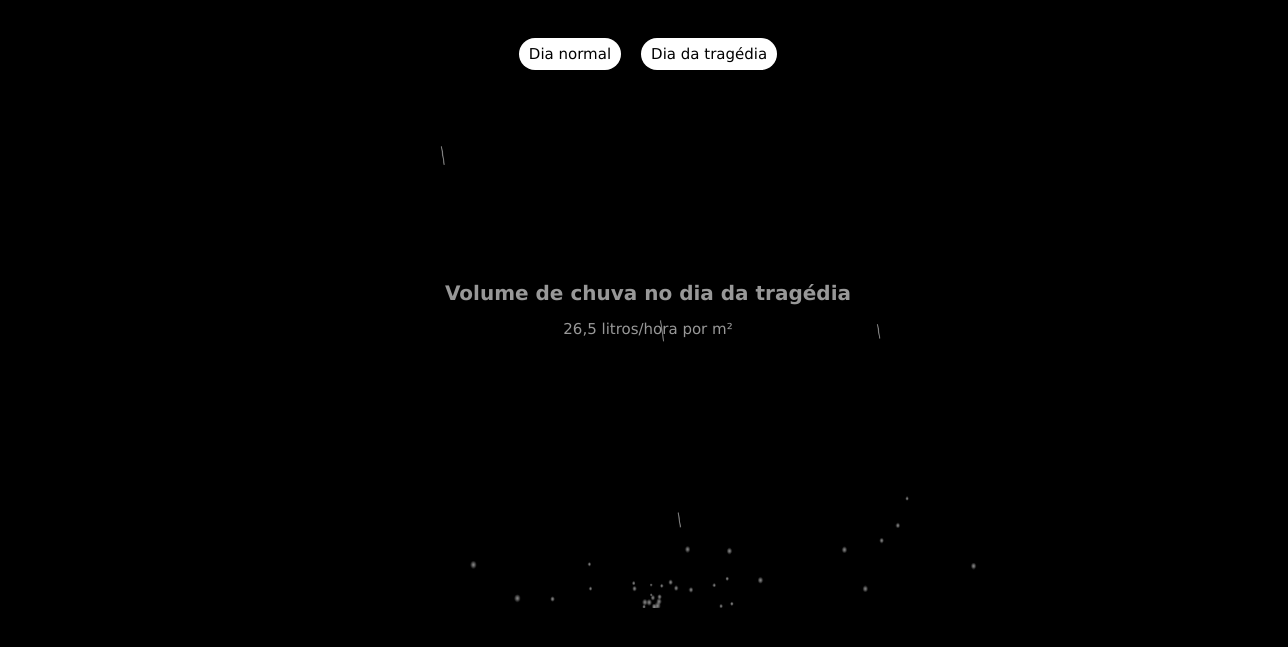
Repository: lucasthaynan/chuvas-estadao
Page: index.html
An editor plug-in stored every save of this project. The page is shown before and after the next save, followed by the edit.
The browser window is 1280 px wide. The page is 1288 px wide, so the pictures cover 1288 px, including what lies to the right of the window. The pictures show the whole page.

Above is the page before, as saved 2023-02-24 11:53:10.
Console error: ReferenceError: dat is not defined

### index.html
<!DOCTYPE html>
<html lang="en">
<head>
    <meta charset="UTF-8">
    <meta http-equiv="X-UA-Compatible" content="IE=edge">
    <meta name="viewport" content="width=device-width, initial-scale=1.0">
    <link rel="stylesheet" href="./style.css">

    <title>Document</title>
</head>
<body>


    <div>
        <!-- <h1>Texto teste</h1> -->
        <div class="btns">
            <div class="btn-nornal" onclick="clickNormal()">
                <p>Dia normal</p>
            </div>
            <div class="btn-tragedia" onclick="clickTragedia()">
                <p>Dia da tragédia</p>
            </div>
        </div>
    </div>
    <div id="instructions"></div>

        <canvas id="canvas">Canvas is not supported in your browser

        </canvas>

    <div class="text">
        <p class="destaque">Volume de chuva no dia da tragédia</p>
        <p class="volume">26,5 litros/hora por m²</p>
    </div>


    <script src="./main.js"></script>
</body>
</html>

### style.css
/* html {
	position: absolute;
	width: 100%;
	height: 100%;
} */

body {
    background: -moz-linear-gradient(top,  rgb(0, 0, 0) 0%, rgb(0, 0, 0) 100%); /* FF3.6-15 */
    background: linear-gradient(to bottom,  rgb(0, 0, 0) 0%,rgba(0, 0, 0, 0.93) 100%);
    background: -webkit-linear-gradient(top,  rgb(0, 0, 0) 0%,rgb(0, 0, 0) 100%); /* Chrome10-25,Safari5.1-6 */
    /* background: linear-gradient(to bottom,  rgba(8,13,40,1) 0%,rgba(38,19,0,1) 100%); W3C, IE10+, FF16+, Chrome26+, Opera12+, Safari7+ */

    display: flex;
    flex-direction: column;

    width: 710px;
    height: 500px;

    position: relative;
    width: 100%;

}

canvas {
    width: 710px;
    height: 500px;

    left: 50%;

    position: absolute;
    transform: translateX(-50%);

    margin-top: 100px;

}

#instructions {
	opacity: 1;
	transition: opacity 2s;
	background-repeat: no-repeat;
	background-position: center center;
	background-size: contain;
	/* background-image: url(data:[embedded picture, 1818 characters]);
	 */

    width: 710px;
    height: 500px;

    left: 50%;

    position: absolute;
    transform: translateX(-50%);

    margin-top: 200px;

	@media (max-height: 400px) {
		display: none;
	}


}


.text {
    display: flex;
    justify-content: center;
    width: 100vw;
    height: 100%;
    /* align-content: center; */
    align-items: center;
    flex-direction: column;
    flex-wrap: nowrap;
    gap: 15px;
}

p {
    margin: 0;
    font-weight: 800;
    color: #989898;
    font-size: 20px;
    font-family:'Lucida Sans', 'Lucida Sans Regular', 'Lucida Grande', 'Lucida Sans Unicode', Geneva, Verdana, sans-serif;
}

p.volume {
    font-size: 15px;
    font-weight: 500;
}

div.btns {
    display: flex;
    flex-direction: row;
    align-items: center;
    justify-content: center;
    gap: 20px;
    padding-bottom: 40px;
    padding-top: 30px;
}

div.btns > div {
    background-color: #ffffff;
    padding: 7px 10px;
    border-radius: 999px;
}

div.btns > div p {
    font-size: 15px;
    font-weight: 400;
    color: #000000;
}

h1 {
    color: #ffffff;
    left: 50%;

    position: absolute;
    transform: translateX(-50%);
}

### main.js
// Falling rain simulation using 2D canvas
// - vanilla JS, no frameworks
// - framerate independent physics
// - slow-mo / fast-forward support via demo.speed
// - supports high-DPI screens
// - falling rain particles are drawn as vector lines
// - splash particles are lazily pre-rendered so gradients aren't computed each frame
// - all particles make use of object pooling to further boost performance

// initialize


document.addEventListener("DOMContentLoaded", function() {

	demo.init();
	window.addEventListener('resize', demo.resize);


});

// demo namespace
var demo = {
	// CUSTOMIZABLE PROPERTIES
	// - physics speed multiplier: allows slowing down or speeding up simulation
	speed: 1,
	// - color of particles
	color: {
		r: '255',
		g: '255',
		b: '255',
		a: '0.5'
	},

	// END CUSTOMIZATION
	// whether demo is running
	started: false,
	// canvas and associated context references
	canvas: null,
	ctx: null,
	// viewport dimensions (DIPs)
	width: 0,
	height: 0,
	// devicePixelRatio alias (should only be used for rendering, physics shouldn't care)
	dpr: window.devicePixelRatio || 1,
	// time since last drop
	drop_time: 0,
	// ideal time between drops (changed with mouse/finger)
    drop_delay: 156,
	// drop_delay: 156,
	// wind applied to rain (changed with mouse/finger)
    wind: 5,
	// wind: 5,
	// color of rain (set in init)
	rain_color: null,
	rain_color_clear: null,
	// rain particles
	rain: [],
	rain_pool: [],
	// rain droplet (splash) particles
	drops: [],
	drop_pool: []
};

// demo initialization (should only run once)
demo.init = function() {

	if (!demo.started) {

		demo.started = true;
		demo.canvas = document.getElementById('canvas');
		demo.ctx = demo.canvas.getContext('2d');
		var c = demo.color;
		demo.rain_color = 'rgba(' + c.r + ',' + c.g + ',' + c.b + ',' + c.a + ')';
		demo.rain_color_clear = 'rgba(' + c.r + ',' + c.g + ',' + c.b + ',0)';
		demo.resize();
		Ticker.addListener(demo.step);

		//
		const gui = new dat.GUI();
		gui.add(demo, 'speed', 0.2, 2);

		// fade out instructions after a few seconds
		var instructions = document.getElementById('instructions');
		setTimeout(function() {
			instructions.style.opacity = 0;
			setTimeout(function(){
				instructions.parentNode.removeChild(instructions);
			}, 2000);
		}, 4000);
	}
}

// (re)size canvas (clears all particles)
demo.resize = function() {
	// localize common references
	var rain = demo.rain;
	var drops = demo.drops;
	// recycle particles
	for (var i = rain.length - 1; i >= 0; i--) {
			rain.pop().recycle();
	}
	for (var i = drops.length - 1; i >= 0; i--) {
			drops.pop().recycle();
	}
	// resize
	demo.width = window.innerWidth;
	demo.height = window.innerHeight;
	demo.canvas.width = demo.width * demo.dpr;
	demo.canvas.height = demo.height * demo.dpr;
}

demo.step = function(time, lag) {
	// localize common references
	var demo = window.demo;
	var speed = demo.speed;
	var width = demo.width;
	var height = demo.height;
	var wind = demo.wind;
	var rain = demo.rain;
	var rain_pool = demo.rain_pool;
	var drops = demo.drops;
	var drop_pool = demo.drop_pool;

	// multiplier for physics
	var multiplier = speed * lag;

	// spawn drops
	demo.drop_time += time * speed;
	while (demo.drop_time > demo.drop_delay) {
		demo.drop_time -= demo.drop_delay;
		var new_rain = rain_pool.pop() || new Rain();
		new_rain.init();
		var wind_expand = Math.abs(height / new_rain.speed * wind); // expand spawn width as wind increases
		var spawn_x = Math.random() * (width + wind_expand);
		if (wind > 0) spawn_x -= wind_expand;
		new_rain.x = spawn_x;
		rain.push(new_rain);
	}

	// rain physics
	for (var i = rain.length - 1; i >= 0; i--) {
		var r = rain[i];
		r.y += r.speed * r.z * multiplier;
		r.x += r.z * wind * multiplier;
		// remove rain when out of view
		if (r.y > height) {
			// if rain reached bottom of view, show a splash
			r.splash();
		}
		// recycle rain
		if (r.y > height + Rain.height * r.z || (wind < 0 && r.x < wind) || (wind > 0 && r.x > width + wind)) {
			r.recycle();
			rain.splice(i, 1);
		}
	}

	// splash drop physics
	var drop_max_speed = Drop.max_speed;
	for (var i = drops.length - 1; i >= 0; i--) {
		var d = drops[i];
		d.x += d.speed_x * multiplier;
		d.y += d.speed_y * multiplier;
		// apply gravity - magic number 0.3 represents a faked gravity constant
		d.speed_y += 0.3 * multiplier;
		// apply wind (but scale back the force)
		d.speed_x += wind / 25 * multiplier;
		if (d.speed_x < -drop_max_speed) {
			d.speed_x = -drop_max_speed;
		}else if (d.speed_x > drop_max_speed) {
			d.speed_x = drop_max_speed;
		}
		// recycle
		if (d.y > height + d.radius) {
			d.recycle();
			drops.splice(i, 1);
		}
	}

	demo.draw();
}

demo.draw = function() {
	// localize common references
	var demo = window.demo;
	var width = demo.width;
	var height = demo.height;
	var dpr = demo.dpr;
	var rain = demo.rain;
	var drops = demo.drops;
	var ctx = demo.ctx;

	// start fresh
	ctx.clearRect(0, 0, width*dpr, height*dpr);

	// draw rain (trace all paths first, then stroke once)
	ctx.beginPath();
	var rain_height = Rain.height * dpr;
	for (var i = rain.length - 1; i >= 0; i--) {
		var r = rain[i];
		var real_x = r.x * dpr;
		var real_y = r.y * dpr;
		ctx.moveTo(real_x, real_y);
		// magic number 1.5 compensates for lack of trig in drawing angled rain
		ctx.lineTo(real_x - demo.wind * r.z * dpr * 1.5, real_y - rain_height * r.z);
	}
	ctx.lineWidth = Rain.width * dpr;
	ctx.strokeStyle = demo.rain_color;
	ctx.stroke();

	// draw splash drops (just copy pre-rendered canvas)
	for (var i = drops.length - 1; i >= 0; i--) {
		var d = drops[i];
		var real_x = d.x * dpr - d.radius;
		var real_y = d.y * dpr - d.radius;
		ctx.drawImage(d.canvas, real_x, real_y);
	}
}


// Rain definition
function Rain() {
	this.x = 0;
	this.y = 0;
	this.z = 0;
	this.speed = 25;
	this.splashed = false;
}
Rain.width = 2;

// TAMANHO DAS GOSTAS DE CHUVA - 40 = PADRAO
Rain.height = 40;
Rain.prototype.init = function() {
	this.y = Math.random() * -100;

    // VELOCIDADE DE QUEDA DA CHUVA - 0.5 + 0.5 = PADRAO
	this.z = Math.random() * 0.5 + 0.5;
	this.splashed = false;
}
Rain.prototype.recycle = function() {
	demo.rain_pool.push(this);
}
// recycle rain particle and create a burst of droplets
Rain.prototype.splash = function() {
	if (!this.splashed) {
		this.splashed = true;
		var drops = demo.drops;
		var drop_pool = demo.drop_pool;

		for (var i=0; i<16; i++) {
			var drop = drop_pool.pop() || new Drop();
			drops.push(drop);
			drop.init(this.x);
		}
	}
}


// Droplet definition
function Drop() {
	this.x = 0;
	this.y = 0;
	this.radius = Math.round(Math.random() * 4 + 2) * demo.dpr;
	this.speed_x = 0;
	this.speed_y = 0;
	this.canvas = document.createElement('canvas');
	this.ctx = this.canvas.getContext('2d');

	// render once and cache
	var diameter = this.radius * 2;
	this.canvas.width = diameter;
	this.canvas.height = diameter;

	var grd = this.ctx.createRadialGradient(this.radius, this.radius , 1, this.radius, this.radius, this.radius);
	grd.addColorStop(0, demo.rain_color);
	grd.addColorStop(1, demo.rain_color_clear);
	this.ctx.fillStyle = grd;
	this.ctx.fillRect(0, 0, diameter, diameter);
}

// DISPERCAO DOS PINGOS NO CHAO
Drop.max_speed = 10;

Drop.prototype.init = function(x) {
	this.x = x;
	this.y = demo.height;
	var angle = Math.random() * Math.PI - (Math.PI * 0.5);
	var speed = Math.random() * Drop.max_speed;
	this.speed_x = Math.sin(angle) * speed;
	this.speed_y = -Math.cos(angle) * speed;
}
Drop.prototype.recycle = function() {
	demo.drop_pool.push(this);
}




// handle interaction
demo.mouseHandler = function(evt) {
	demo.updateCursor(evt.clientX, evt.clientY);
}
demo.touchHandler = function(evt) {
	evt.preventDefault();
	var touch = evt.touches[0];
	demo.updateCursor(touch.clientX, touch.clientY);
}
demo.updateCursor = function(x, y) {
	x /= demo.width;
	y /= demo.height;
	var y_inverse = (1 - y);

	demo.drop_delay = y_inverse*y_inverse*y_inverse * 100 + 2;
	demo.wind = (x - 0.5) * 50;
}

// document.addEventListener('mousemove', demo.mouseHandler);
// document.addEventListener('touchstart', demo.touchHandler);
// document.addEventListener('touchmove', demo.touchHandler);



// Frame ticker helper module
var Ticker = (function(){
	var PUBLIC_API = {};

	// public
	// will call function reference repeatedly once registered, passing elapsed time and a lag multiplier as parameters
	PUBLIC_API.addListener = function addListener(fn) {
		if (typeof fn !== 'function') throw('Ticker.addListener() requires a function reference passed in.');

		listeners.push(fn);

		// start frame-loop lazily
		if (!started) {
			started = true;
			queueFrame();
		}
	};

	// private
	var started = false;
	var last_timestamp = 0;
	var listeners = [];
	// queue up a new frame (calls frameHandler)
	function queueFrame() {
		if (window.requestAnimationFrame) {
			requestAnimationFrame(frameHandler);
		} else {
			webkitRequestAnimationFrame(frameHandler);
		}
	}
	function frameHandler(timestamp) {
		var frame_time = timestamp - last_timestamp;
		last_timestamp = timestamp;
		// make sure negative time isn't reported (first frame can be whacky)
		if (frame_time < 0) {
			frame_time = 17;
		}
		// - cap minimum framerate to 15fps[~68ms] (assuming 60fps[~17ms] as 'normal')
		else if (frame_time > 68) {
			frame_time = 68;
		}

		// fire custom listeners
		for (var i = 0, len = listeners.length; i < len; i++) {
			listeners[i].call(window, frame_time, frame_time / 16.67);
		}

		// always queue another frame
		queueFrame();
	}

	return PUBLIC_API;
}());

// ATIVANDO BOTOES PARA MUDAR VOLUME DA CHUVA

// window.onload=function() {

// 	let btnNormal = document.querySelector("div.btn-normal")
// 	let btnTragedia = document.querySelector("div.btn-tragedia")

// 	btnNormal.addEventListener("click", e => {
// 		demo.drop_delay = 156
// 		demo.wind = 5
// 		console.log("normal")
// 	})

// 	btnTragedia.addEventListener("click", e => {
// 		demo.drop_delay = 2.5
// 		demo.wind = 15
// 		console.log("tragedia")
// 	})

// }

function clickTragedia(){
	// let btnTragedia = document.querySelector("div.btn-tragedia")

	// btnTragedia.addEventListener("click", e => {
	// 	console.log("tragedia")
		demo.drop_delay = 2.5
		demo.wind = 15
		console.log("tragedia")
	}

function clickNormal(){
	// let btnTragedia = document.querySelector("div.btn-tragedia")

	// btnTragedia.addEventListener("click", e => {
	// 	console.log("tragedia")
		demo.drop_delay = 156
		demo.wind = 5
		console.log("normal")
	}


// let btnNormal = document.querySelector("div.btn-normal")
// 	let btnTragedia = document.querySelector("div.btn-tragedia")

// 	btnNormal.addEventListener("click", e => {
// 		console.log("normal")
// 		demo.drop_delay = 156
// 		demo.wind = 5
// 		console.log("normal")
// 	})

// 	btnTragedia.addEventListener("click", e => {
// 		console.log("tragedia")
// 		demo.drop_delay = 2.5
// 		demo.wind = 15
// 		console.log("tragedia")
// 	})

After the next save:
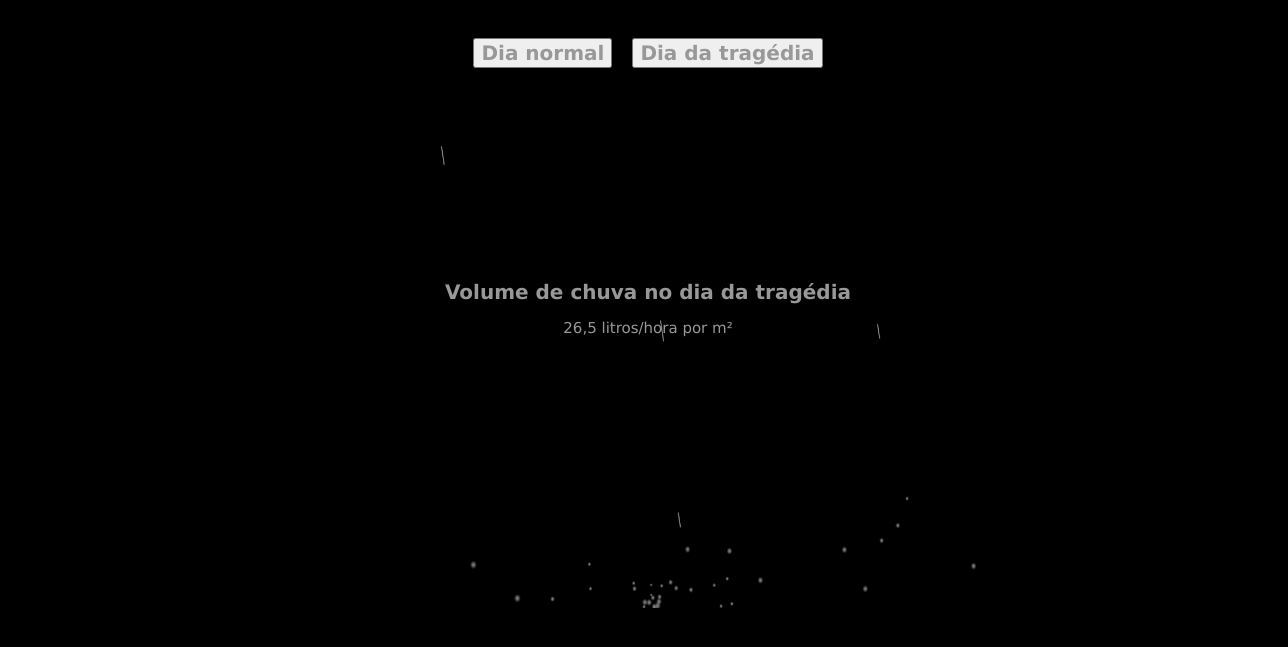
Saved 35 s later.
--- a/index.html
+++ b/index.html
@@ -14,12 +14,12 @@
     <div>
         <!-- <h1>Texto teste</h1> -->
         <div class="btns">
-            <div class="btn-nornal" onclick="clickNormal()">
+            <button class="btn-nornal" onclick="clickNormal()">
                 <p>Dia normal</p>
-            </div>
-            <div class="btn-tragedia" onclick="clickTragedia()">
+            </button>
+            <button class="btn-tragedia" onclick="clickTragedia()">
                 <p>Dia da tragédia</p>
-            </div>
+            </button>
         </div>
     </div>
     <div id="instructions"></div>
